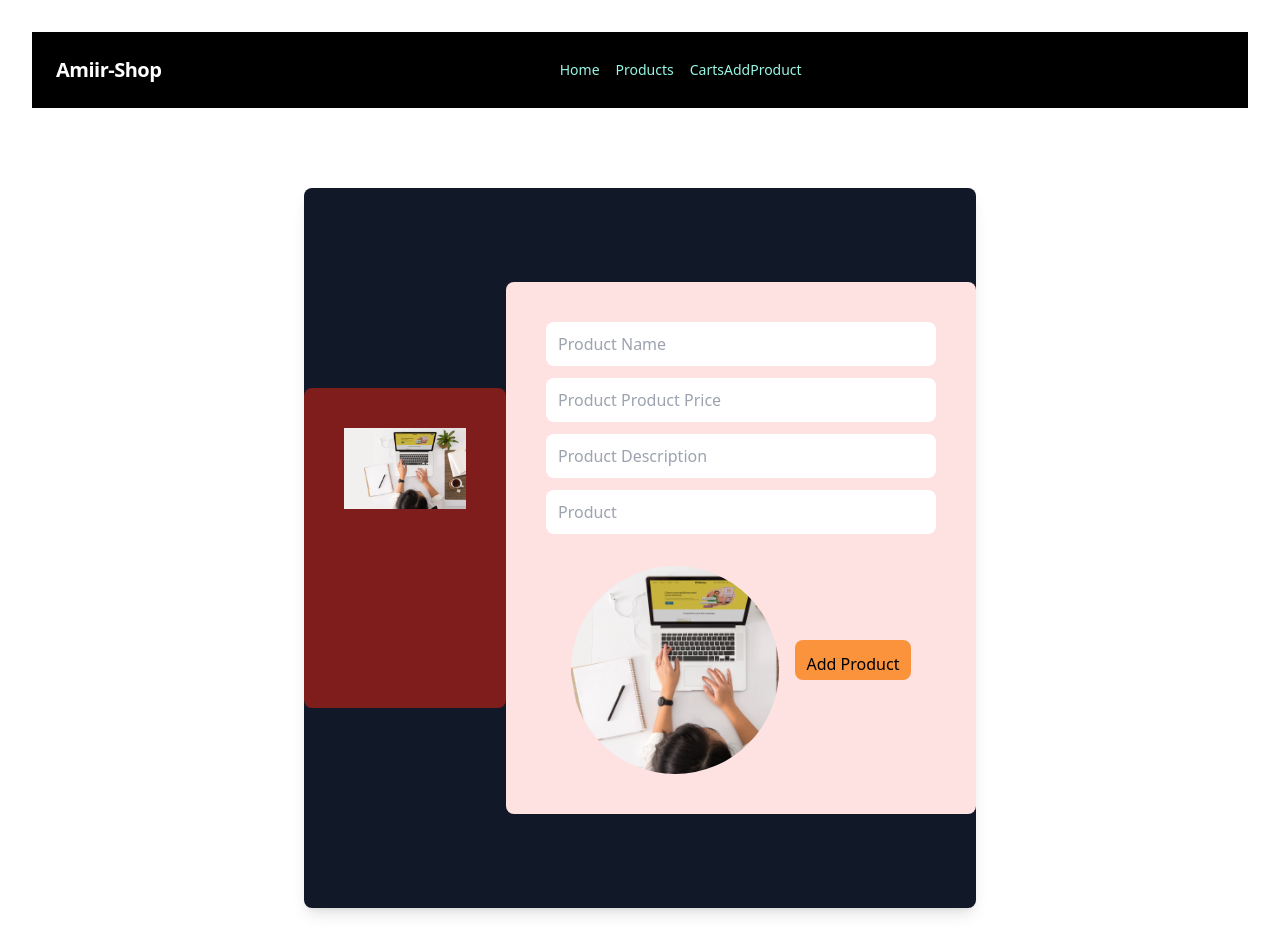
Repository: ENG-AMIIR-MUSE/ECommerce-app-using-react
Page: /addProducts
The author's editor kept a copy of each file at every save. The page is drawn from the files as they stood at one save, then again after the next save.
The browser window is 1280 px wide. The pictures show the whole page.
The page's requests for data from a server got no answer. The project was rebuilt for these pictures with package versions that can differ from the ones it lists, and the page was loaded fresh each time. No one was signed in, and anything a server would have sent is missing. Also part of the build but not shown: vite.config.js, src/Components/productList.js, src/Components/productCard.js.

Above is the page before, as saved 2023-06-24 19:53:37.

After the next save:
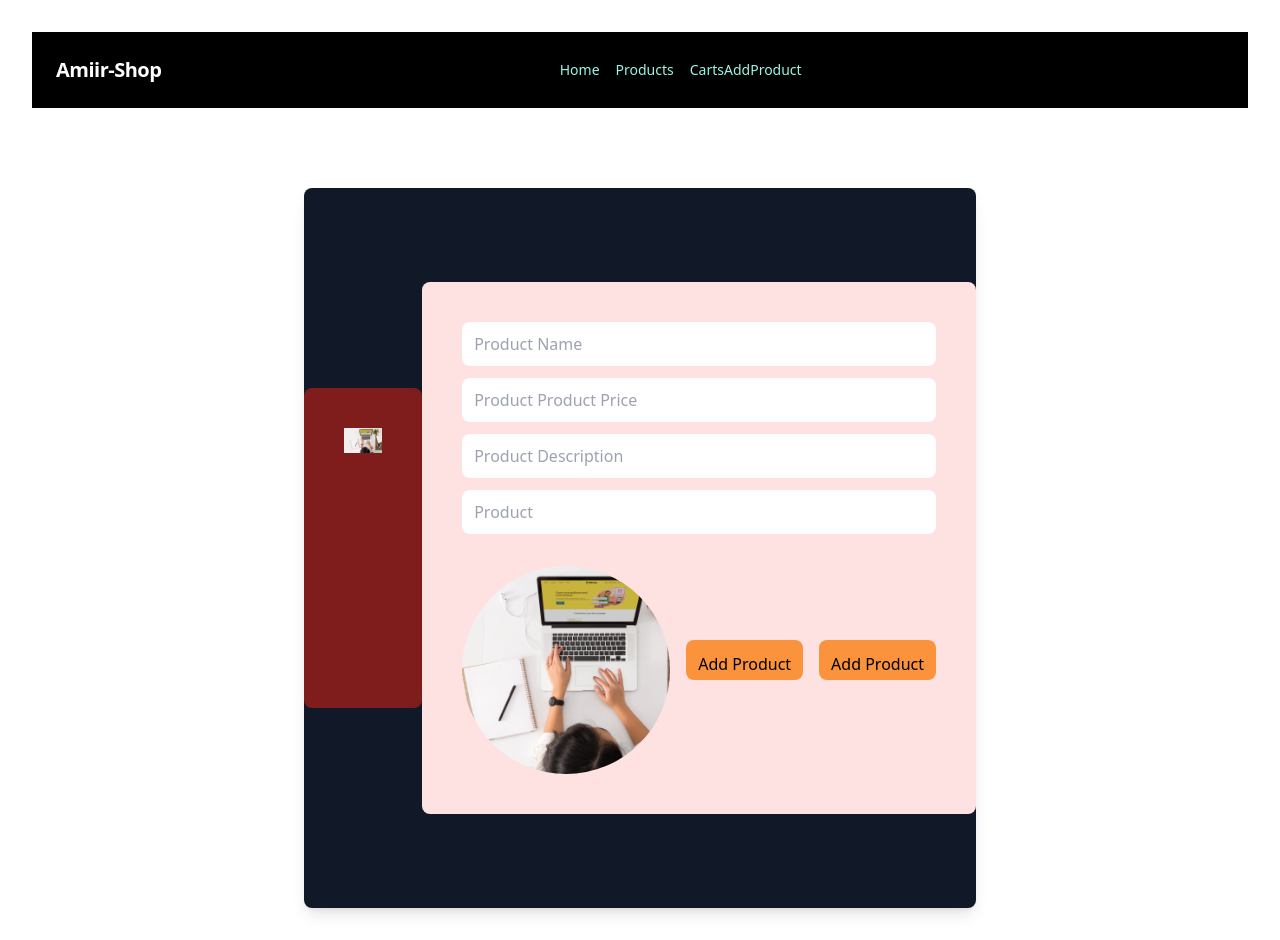
Saved 97 s later.
--- a/src/Components/AddProduct.jsx
+++ b/src/Components/AddProduct.jsx
@@ -18,6 +18,7 @@ const  AddProduct = ()=>{
            <div className="flex felx-row items-center justify-center space-x-4">
              <img src={reactsvg} alt="" className="rounded-full w-52 h-52 mt-5  max-w-md  object-cover object-center bg-yellow-900" />
              <input type="submit" className = "rounded-lg bg-orange-400 p-3 h-10 "value="Add Product"/>
+             <input type="submit" className = "rounded-lg bg-orange-400 p-3 h-10 "value="Add Product"/>
            </div>
           </form>
           </div>
